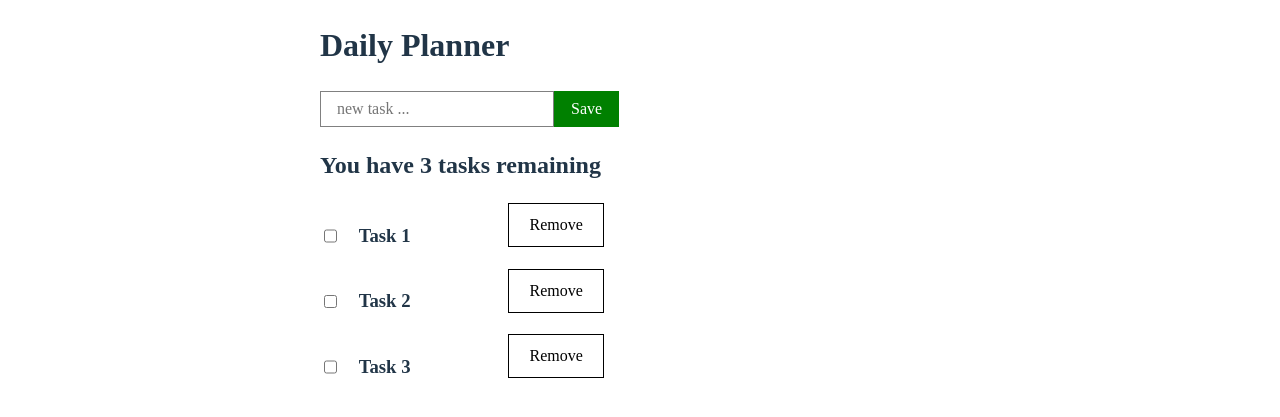
Repository: SamanthaYan298/my_planner
Page: /
The author's editor kept a copy of each file at every save. The page is drawn from the files as they stood at one save, then again after the next save.
The browser window is 1280 px wide. The pictures show the whole page.
The project was rebuilt for these pictures with package versions that can differ from the ones it lists, and the page was loaded fresh each time. Also part of the build but not shown: vite.config.js.

Above is the page before, as saved 2024-10-08 00:49:20.

After the next save:
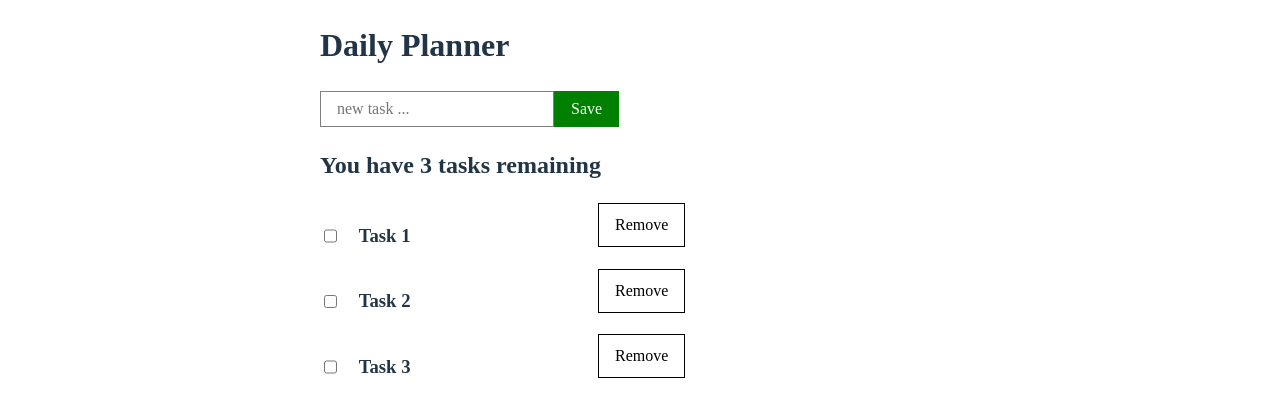
Saved 25 s later.
--- a/src/App.css
+++ b/src/App.css
@@ -46,7 +46,7 @@
 
 div h3 {
   margin-left: 1em;
-  min-width: 50%;
+  min-width: 80%;
 }
 
 .checked {
